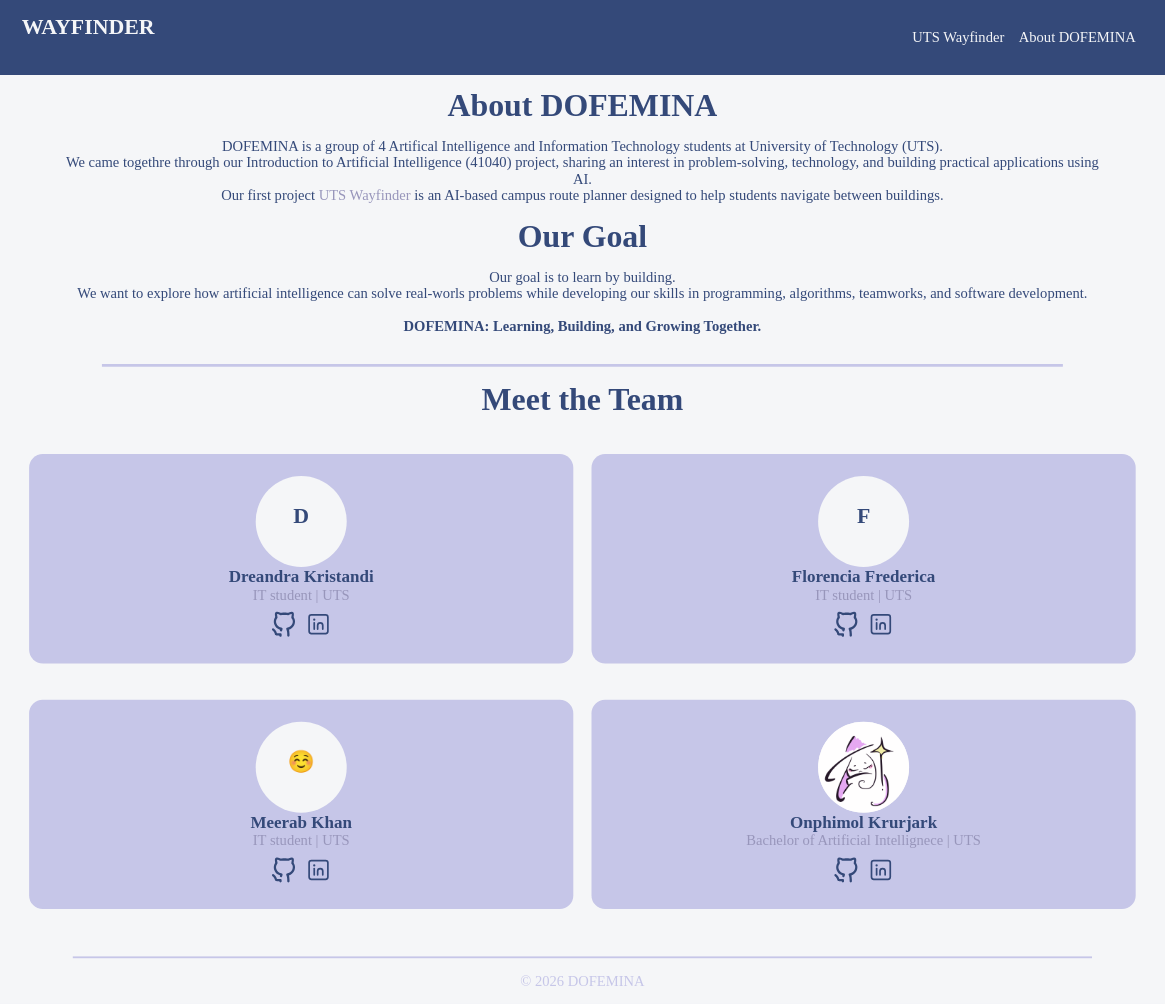
Repository: Meerab-K/uts-wayfinder
Page: html/about.html
These files come from the project's save history. The page is drawn as it stood at one moment and after the next save; the edit follows.
The browser window is 1280 px wide. The pictures show the whole page, at 91% of full size.
Some web fonts or font styles are not loaded; a fallback is used.

Above is the page before, as saved 2026-10-19 22:21:00.

### html/about.html
<!DOCTYPE html>
<html lang="en">
<head>
    <meta charset="UTF-8">
    <meta name="viewport" content="width=device-width, initial-scale=1.0">
    <title>About DOFEMINA - UTS Wayfinder</title>

    <link rel="stylesheet" href="../css/common.css">
    <link rel="stylesheet" href="../css/about.css">
    <link rel="stylesheet" href="../css/responsive.css">

    <!-- Google Fonts -->
    <link rel="preconnect" href="https://fonts.googleapis.com">
    <link rel="preconnect" href="https://fonts.gstatic.com" crossorigin>
    <link href="https://fonts.googleapis.com/css2?family=Maname&display=swap" rel="stylesheet">

</head>
<body>
    <header>
        <nav class="navbar">
            <h1>WAYFINDER</h1>
            <ul>
                <li><a href="index.html">UTS Wayfinder</a></li>
                <li><a href="about.html">About DOFEMINA</a></li>
            </ul>
        </nav>
    </header>

    <main>
        <h2>About DOFEMINA</h2>
        <div class="content-box">
            <p>DOFEMINA is a group of 4 Artifical Intelligence and Information Technology students at University of Technology (UTS).</p>
            <p>We came togethre through our Introduction to Artificial Intelligence (41040) project, sharing an interest in problem-solving, technology, and building practical applications using AI.</p>
            <p>Our first project <span class="highlight">UTS Wayfinder</span> is an AI-based campus route planner designed to help students navigate between buildings.</p>
        </div>

        <h2>Our Goal</h2>
        <div class="content-box">
            <p>Our goal is to learn by building.</p>
            <p>We want to explore how artificial intelligence can solve real-worls problems while developing our skills in programming, algorithms, teamworks, and software development.</p>
            <p><br><b>DOFEMINA: Learning, Building, and Growing Together.</b></p>
        </div>

        <h2 class="MeetTeam-topic">Meet the Team</h2>
        <div class="team-contact">
            <div class="card-holder">
                <div class="profile"><span>D</span></div>
                <h3 class="name">Dreandra Kristandi</h3>
                <div class="bio">IT student | UTS</div>
                <div class="contact-link">
                    <a href="" target="_blank"><span class="github-icon"></span></a>
                    <a href="" target="_blank"><span class="linkedin-icon"></span></a>
                </div>
            </div>
            <div class="card-holder">
                <div class="profile"><span>F</span></div>
                <h3 class="name">Florencia Frederica</h3>
                <div class="bio">IT student | UTS</div>
                <div class="contact-link">
                    <a href="" target="_blank"><span class="github-icon"></span></a>
                    <a href="" target="_blank"><span class="linkedin-icon"></span></a>
                </div>
            </div>
            <div class="card-holder">
                <div class="profile"><span>☺️</span></div>
                <h3 class="name">Meerab Khan</h3>
                <div class="bio">IT student | UTS</div>
                <div class="contact-link">
                    <a href="" target="_blank"><span class="github-icon"></span></a>
                    <a href="" target="_blank"><span class="linkedin-icon"></span></a>
                </div>
            </div>
            <div class="card-holder">
                <div class="profile"><img src="../img/jiajy-logo.png" alt="Jiajy-logo"></div>
                <h3 class="name">Onphimol Krurjark</h3>
                <div class="bio">Bachelor of Artificial Intellignece | UTS</div>
                <div class="contact-link">
                    <a href="https://github.com/JiajyStudio" target="_blank"><span class="github-icon"></span></a>
                    <a href="" target="_blank"><span class="linkedin-icon"></span></a>
                </div>
            </div>
        </div>

    </main>

    <footer>
        <p>&copy; 2026 DOFEMINA </p>
    </footer>
</body>
</html>

### css/common.css
:root {
    /*Background*/
    --background-color: #f5f6f8;
    --primary-color: #344979;
    --secondary-color: #9896BB;

    /*Highlight*/
    --highlight-purple: #c6c6e8;
    --highlight-pink: #f7e5eb;

    /*Font*/
    --font: "Maname", serif;
}

* {
    margin: 0;
    padding: 0;
    font-family: var(--font);
}

body {
    background-color: var(--background-color);
    color: var(--primary-color);
}

footer {
    text-align: center;
    margin: 0 5rem;
    padding: 1rem;
    border-top: 2px solid var(--highlight-purple);
    color: var(--highlight-purple);
}

h2 {
    color: var(--primary-color);
    padding: 1rem;
    font-size: 35px;
}

.navbar {
    background-color: var(--primary-color);
    padding: 1rem;
    margin: 0;
    position: fixed;
    top: 0;
    z-index: 100;
    width: 100%;
    display: flex;
    justify-content: space-between;
    box-sizing: border-box;
}

.navbar h1 {
    color: var(--background-color);
    padding: 0 0 0 0.5rem;
}

.navbar ul {
    list-style-type: none;
    display: flex;
    gap: 1rem;
    margin: 1rem;
}

.navbar a {
    text-decoration: none;
    color: var(--background-color);
}

.navbar a:hover {
    color: var(--highlight-purple);
}

.floating-menu-btn {
    position: fixed;
    bottom: 1rem;
    right: 1rem;
    width: 50px;
    height: 50px;
    background-color: var(--primary-color);
    border-radius: 50%;
    display: flex;
    justify-content: center;
    align-items: center;
    cursor: pointer;
    z-index: 1000;
}

.floating-menu-btn span{
    background-color: var(--background-color);
    width: 30px;
    height: 3px;
}

main {
    margin-top: 10rem;
}

### css/about.css
main {
    padding: 0 2rem;
    margin-top: 5rem;
    margin-bottom: 2rem;
    width: 100%;
    box-sizing: border-box;
}

.highlight {
    color: var(--secondary-color);
}

h2 {
    text-align: center;
}

.content-box {
    padding: 0 2rem;
    text-align: center;
}

.MeetTeam-topic {
    margin: 2rem 5rem 0 5rem;
    border-top: 3px solid var(--highlight-purple);
}

.team-contact {
    display: grid;
    grid-template-columns: repeat(2, minmax(0, 1fr));
    gap: 20px;
    margin: 24px auto;
}

.card-holder {
    background-color: var(--highlight-purple);
    border-radius: 15px;
    padding: 24px;
    width: 100%;
    max-width: 600px;
    box-sizing: border-box;

    margin: 0 auto 20px;

    display: flex;
    flex-direction: column;
    align-items: center;
    justify-content: center;
    text-align: center;
}

.profile {
    display: flex;
    align-items: center;
    justify-content: center;

    height: 100px;
    width: 100px;
    border-radius: 50%;
    background-color: var(--background-color);

    font-size: 1.5rem;
    font-weight: bold;
    line-height: 1;
    padding: 0;
    box-sizing: border-box;
}

.profile span {
    display: block;
    transform: translate(0, -6px);
    color: var(--primary-color)
}

.profile img {
    width: 100px;
    height: 100px;
    border-radius: 50%;
}

.name {
    margin: 0;
}

.bio {
    color: var(--secondary-color);
}

.contact-link {
    display: inline-flex;
    gap: 0.5rem;
    margin-top: 0.5rem;
    height: auto;
}

.github-icon {
    display: inline-block;
    width: 30px;
    height: 30px;

    background-color: var(--primary-color);
    mask: url("../svg/github.svg") center / contain no-repeat;
}

.github-icon:hover {
    background-color: var(--highlight-pink);
}

.linkedin-icon {
    display: inline-block;
    width: 30px;
    height: 30px;

    background-color: var(--primary-color);
    mask: url("../svg/linkedin.svg") center / contain no-repeat;
}

.linkedin-icon:hover {
    background-color: var(--highlight-pink);
}

### css/responsive.css
@media (max-width: 1000px) {
    /*index.html*/
    #map_section {
        display: block;
    }

    #map_section img {
        width: 100%;
        margin: 0;
    }

    #map_section div h2 {
        text-align: center;
    }

    #map_section div table {
        width: 100%;
    }
}

@media (max-width: 800px) {
    main {
        margin-top: 10rem;
    }

    .navbar {
        text-align: center;
        display: block;
    }

    .navbar ul {
        justify-content: center;
        margin-top: 1.5rem;
        padding: 0.5rem;
        border-top: 1px solid var(--secondary-color);
    }

    /*index.html*/
    form select {
        width: 60%;
    }

    /*about.html*/
    .team-contact {
        grid-template-columns: 1fr;
        max-width: 450px;
    }
}

### svg/github.svg
<?xml version="1.0" encoding="utf-8"?><!-- Uploaded to: SVG Repo, www.svgrepo.com, Generator: SVG Repo
Mixer Tools -->
<svg width="800px" height="800px" viewBox="0 0 24 24" fill="none" xmlns="http://www.w3.org/2000/svg">
    <path
        d="M4.0744 2.9938C4.13263 1.96371 4.37869 1.51577 5.08432 1.15606C5.84357 0.768899 7.04106 0.949072 8.45014 1.66261C9.05706 1.97009 9.11886 1.97635 10.1825 1.83998C11.5963 1.65865 13.4164 1.65929 14.7213 1.84164C15.7081 1.97954 15.7729 1.97265 16.3813 1.66453C18.3814 0.651679 19.9605 0.71795 20.5323 1.8387C20.8177 2.39812 20.8707 3.84971 20.6494 5.04695C20.5267 5.71069 20.5397 5.79356 20.8353 6.22912C22.915 9.29385 21.4165 14.2616 17.8528 16.1155C17.5801 16.2574 17.3503 16.3452 17.163 16.4167C16.5879 16.6363 16.4133 16.703 16.6247 17.7138C16.7265 18.2 16.8491 19.4088 16.8973 20.4002C16.9844 22.1922 16.9831 22.2047 16.6688 22.5703C16.241 23.0676 15.6244 23.076 15.2066 22.5902C14.9341 22.2734 14.9075 22.1238 14.9075 20.9015C14.9075 19.0952 14.7095 17.8946 14.2417 16.8658C13.6854 15.6415 14.0978 15.185 15.37 14.9114C17.1383 14.531 18.5194 13.4397 19.2892 11.8146C20.0211 10.2698 20.1314 8.13501 18.8082 6.83668C18.4319 6.3895 18.4057 5.98446 18.6744 4.76309C18.7748 4.3066 18.859 3.71768 18.8615 3.45425C18.8653 3.03823 18.8274 2.97541 18.5719 2.97541C18.4102 2.97541 17.7924 3.21062 17.1992 3.49805L16.2524 3.95695C16.1663 3.99866 16.07 4.0147 15.975 4.0038C13.5675 3.72746 11.2799 3.72319 8.86062 4.00488C8.76526 4.01598 8.66853 3.99994 8.58215 3.95802L7.63585 3.49882C7.04259 3.21087 6.42482 2.97541 6.26317 2.97541C5.88941 2.97541 5.88379 3.25135 6.22447 4.89078C6.43258 5.89203 6.57262 6.11513 5.97101 6.91572C5.06925 8.11576 4.844 9.60592 5.32757 11.1716C5.93704 13.1446 7.4295 14.4775 9.52773 14.9222C10.7926 15.1903 11.1232 15.5401 10.6402 16.9905C10.26 18.1319 10.0196 18.4261 9.46707 18.4261C8.72365 18.4261 8.25796 17.7821 8.51424 17.1082C8.62712 16.8112 8.59354 16.7795 7.89711 16.5255C5.77117 15.7504 4.14514 14.0131 3.40172 11.7223C2.82711 9.95184 3.07994 7.64739 4.00175 6.25453C4.31561 5.78028 4.32047 5.74006 4.174 4.83217C4.09113 4.31822 4.04631 3.49103 4.0744 2.9938Z"
        fill="currentColor" />
    <path
        d="M3.33203 15.9454C3.02568 15.4859 2.40481 15.3617 1.94528 15.6681C1.48576 15.9744 1.36158 16.5953 1.66793 17.0548C1.8941 17.3941 2.16467 17.6728 2.39444 17.9025C2.4368 17.9449 2.47796 17.9858 2.51815 18.0257C2.71062 18.2169 2.88056 18.3857 3.05124 18.5861C3.42875 19.0292 3.80536 19.626 4.0194 20.6962C4.11474 21.1729 4.45739 21.4297 4.64725 21.5419C4.85315 21.6635 5.07812 21.7352 5.26325 21.7819C5.64196 21.8774 6.10169 21.927 6.53799 21.9559C7.01695 21.9877 7.53592 21.998 7.99999 22.0008C8.00033 22.5527 8.44791 23.0001 8.99998 23.0001C9.55227 23.0001 9.99998 22.5524 9.99998 22.0001V21.0001C9.99998 20.4478 9.55227 20.0001 8.99998 20.0001C8.90571 20.0001 8.80372 20.0004 8.69569 20.0008C8.10883 20.0026 7.34388 20.0049 6.67018 19.9603C6.34531 19.9388 6.07825 19.9083 5.88241 19.871C5.58083 18.6871 5.09362 17.8994 4.57373 17.2891C4.34391 17.0194 4.10593 16.7834 3.91236 16.5914C3.87612 16.5555 3.84144 16.5211 3.80865 16.4883C3.5853 16.265 3.4392 16.1062 3.33203 15.9454Z"
        fill="currentColor" />
</svg>

### svg/linkedin.svg
<?xml version="1.0" encoding="utf-8"?><!-- Uploaded to: SVG Repo, www.svgrepo.com, Generator: SVG Repo
Mixer Tools -->
<svg width="800px" height="800px" viewBox="0 0 192 192" xmlns="http://www.w3.org/2000/svg"
    fill="none">
    <rect width="132" height="132" x="30" y="30" stroke="currentColor" stroke-width="12" rx="16" />
    <path stroke="currentColor" stroke-linecap="round" stroke-linejoin="round" stroke-width="12"
        d="M66 86v44" />
    <circle cx="66" cy="64" r="8" fill="currentColor" />
    <path stroke="currentColor" stroke-linecap="round" stroke-width="12"
        d="M126 130v-26c0-9.941-8.059-18-18-18v0c-9.941 0-18 8.059-18 18v26" />
</svg>

After the next save:
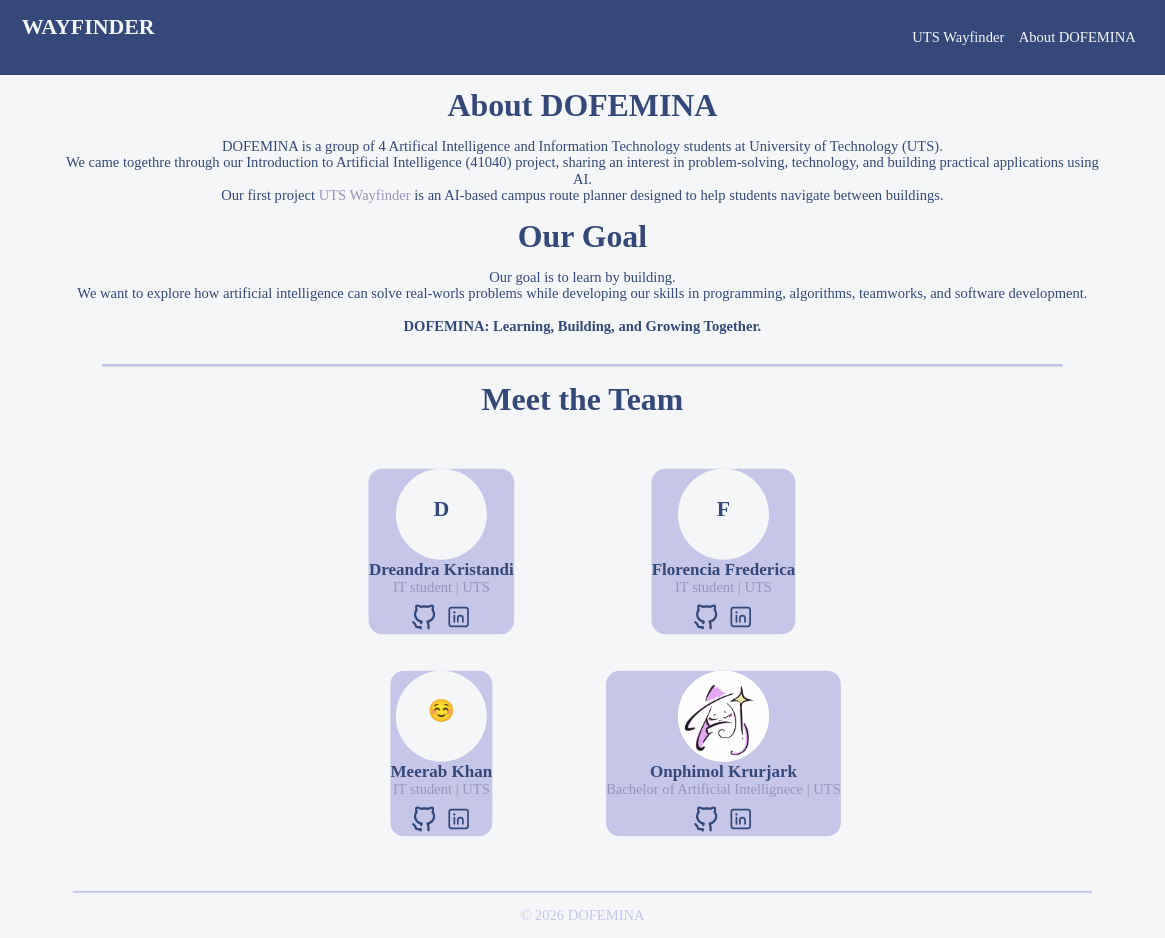
Saved 36 s later.
--- a/css/about.css
+++ b/css/about.css
@@ -28,15 +28,15 @@
     display: grid;
     grid-template-columns: repeat(2, minmax(0, 1fr));
     gap: 20px;
-    margin: 24px auto;
+
+    width: 100%;
+    max-width: 600px;
+    margin: 40px auto;
 }
 
 .card-holder {
     background-color: var(--highlight-purple);
     border-radius: 15px;
-    padding: 24px;
-    width: 100%;
-    max-width: 600px;
     box-sizing: border-box;
 
     margin: 0 auto 20px;
